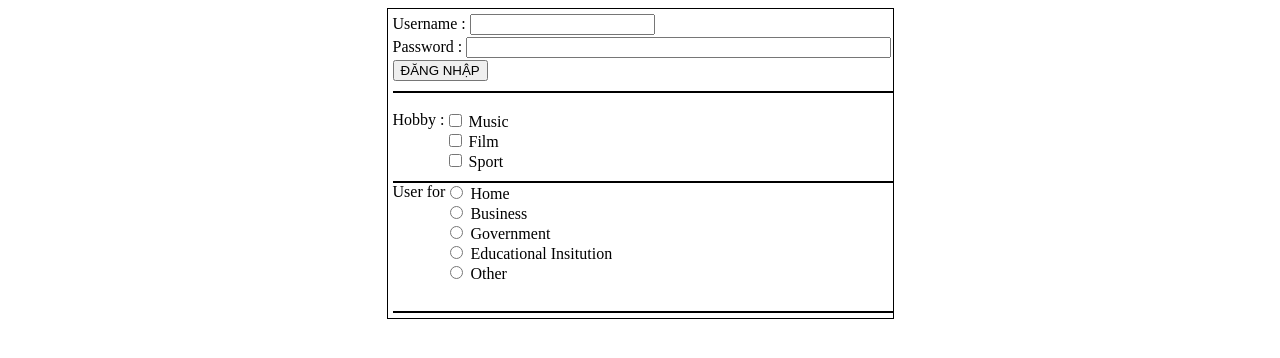
Repository: Tan-Khang21/TH_TKW--Buoi_04
Page: Bai_Tap_Mau/Bai_02/Bai_02.html
An editor plug-in stored every save of this project. The page is shown before and after the next save, followed by the edit.
The browser window is 1280 px wide. The pictures show the whole page.

Above is the page before, as saved 2024-03-05 22:38:03.

### Bai_Tap_Mau/Bai_02/Bai_02.html
<!DOCTYPE html>
<html lang="en">
  <head>
    <meta charset="UTF-8" />
    <meta name="viewport" content="width=device-width, initial-scale=1.0" />
    <title>Document</title>
  </head>
  <body>
    <form
      style="
        width: 500px;
        margin: 0 auto;
        border: 1px solid black;
        padding: 5px;
        padding-right: 0;
      "
    >
      <span>Username :</span>
      <input type="text" />
      <br />
      <span>Password :</span>
      <input style="margin-top: 2px" type="password" size="50" />
      <br />
      <input
        style="margin-top: 2px"
        type="submit"
        value="ĐĂNG NHẬP"
        style="padding: 0 5px"
      />
      <div
        style="border-bottom: 2px solid black; width: 100%; margin-top: 10px"
      ></div>
      <br />
      <div style="display: flex">
        <span>Hobby :</span>
        <div style="display: flex; flex-direction: column">
          <div><input type="checkbox" /> Music</div>
          <div><input type="checkbox" /> Film</div>
          <div><input type="checkbox" /> Sport</div>
        </div>
      </div>
      <div
        style="border-bottom: 2px solid black; width: 100%; margin-top: 10px"
      ></div>
      <div style="display: flex">
        <span>User for </span>
        <div style="display: flex; flex-direction: column">
          <div><input name="radio" type="radio" /> Home</div>
          <div><input name="radio" type="radio" /> Business</div>
          <div><input name="radio" type="radio" /> Government</div>
          <div><input name="radio" type="radio" /> Educational Insitution</div>
          <div><input name="radio" type="radio" /> Other</div>
        </div>
      </div>
      <br />
      <div
        style="border-bottom: 2px solid black; width: 100%; margin-top: 10px"
      ></div>
    </form>
  </body>
</html>

After the next save:
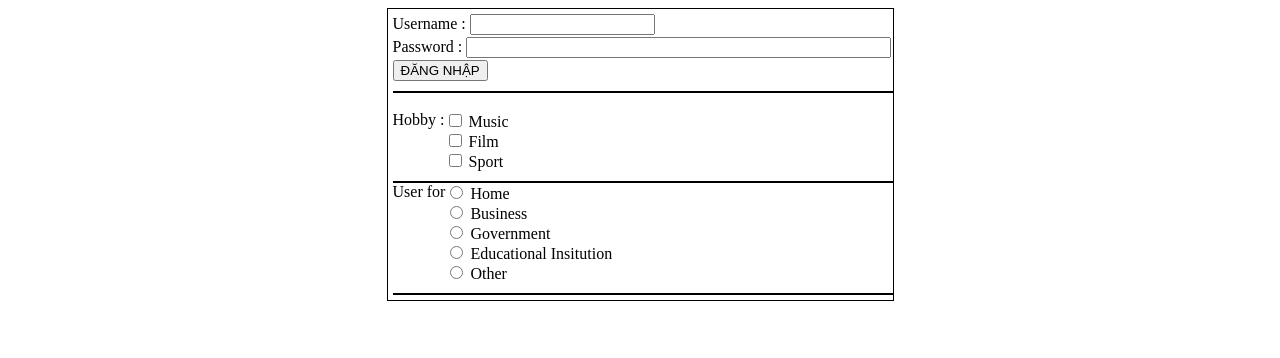
Saved 13 s later.
--- a/Bai_Tap_Mau/Bai_02/Bai_02.html
+++ b/Bai_Tap_Mau/Bai_02/Bai_02.html
@@ -52,7 +52,6 @@
           <div><input name="radio" type="radio" /> Other</div>
         </div>
       </div>
-      <br />
       <div
         style="border-bottom: 2px solid black; width: 100%; margin-top: 10px"
       ></div>
